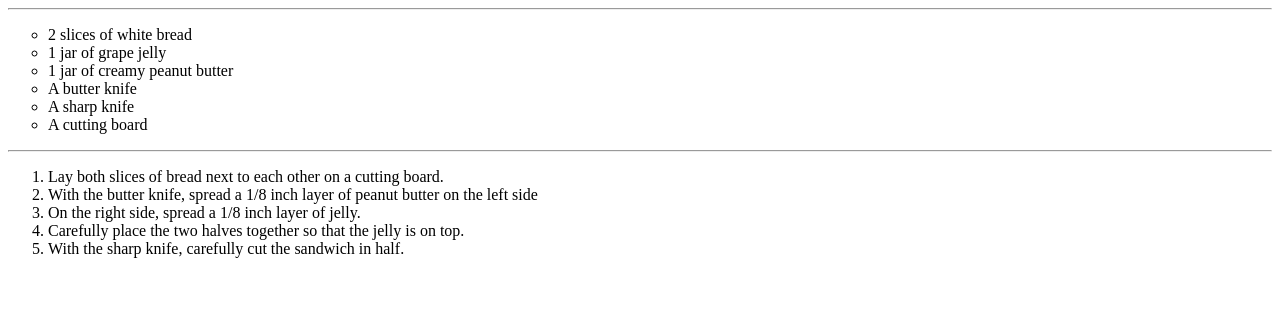
Repository: 9-5-pursuit/lab-intro-to-html
Page: recipe.html
An editor plug-in stored every save of this project. The page is shown before and after the next save, followed by the edit.
The browser window is 1280 px wide. The pictures show the whole page.

Above is the page before, as saved 2023-02-28 00:11:57.

### recipe.html
<!DOCTYPE html>
<html lang="en">
  <head>
    <meta charset="UTF-8" />
    <meta http-equiv="X-UA-Compatible" content="IE=edge" />
    <meta name="viewport" content="width=device-width, initial-scale=1.0" />
    <title>The Perfect Sandwich</title>
  </head>
  <body>
    <header>
      <!-- https://www.seriouseats.com/pbj-a-serious-eats-special-rep -->
      <hr />
    </header>
    <main>
      <div>
        <!-- Ingredients -->
        <ul type="circle" >
          <li>2 slices of white bread</li>
          <li>1 jar of grape jelly</li>
          <li>1 jar of creamy peanut butter</li>
          <li>A butter knife</li>
          <li>A sharp knife</li>
          <li>A cutting board</li>
        </ul>
      </div>
      <hr />
      <div>
        <!-- Directions -->
        <ol >
          <li>
            Lay both slices of bread next to each other on a cutting board.
          </li>
          <li>
            With the butter knife, spread a 1/8 inch layer of peanut butter on
            the left side
          </li>
          <li>On the right side, spread a 1/8 inch layer of jelly.</li>
          <li>
            Carefully place the two halves together so that the jelly is on top.
          </li>
          <li>With the sharp knife, carefully cut the sandwich in half.</li>
        </ol>
      </div>
    </main>
  </body>
</html>

After the next save:
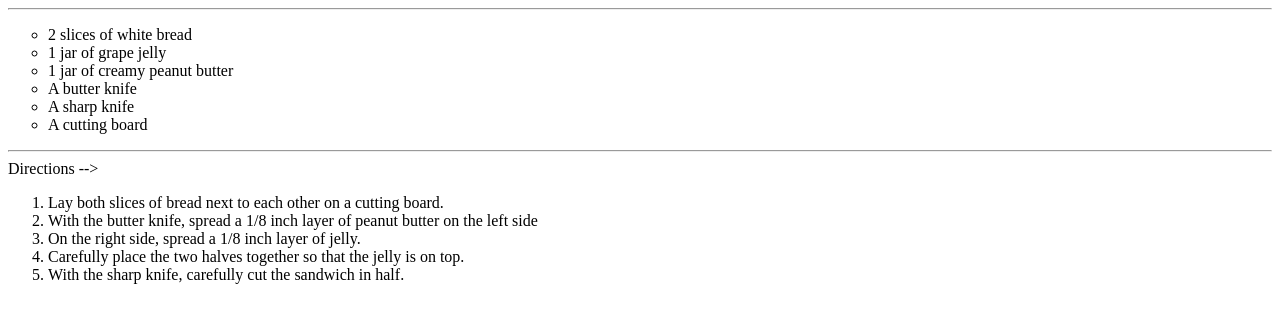
Saved 7 h 58 min later.
--- a/recipe.html
+++ b/recipe.html
@@ -25,7 +25,7 @@
       </div>
       <hr />
       <div>
-        <!-- Directions -->
+         Directions -->
         <ol >
           <li>
             Lay both slices of bread next to each other on a cutting board.
